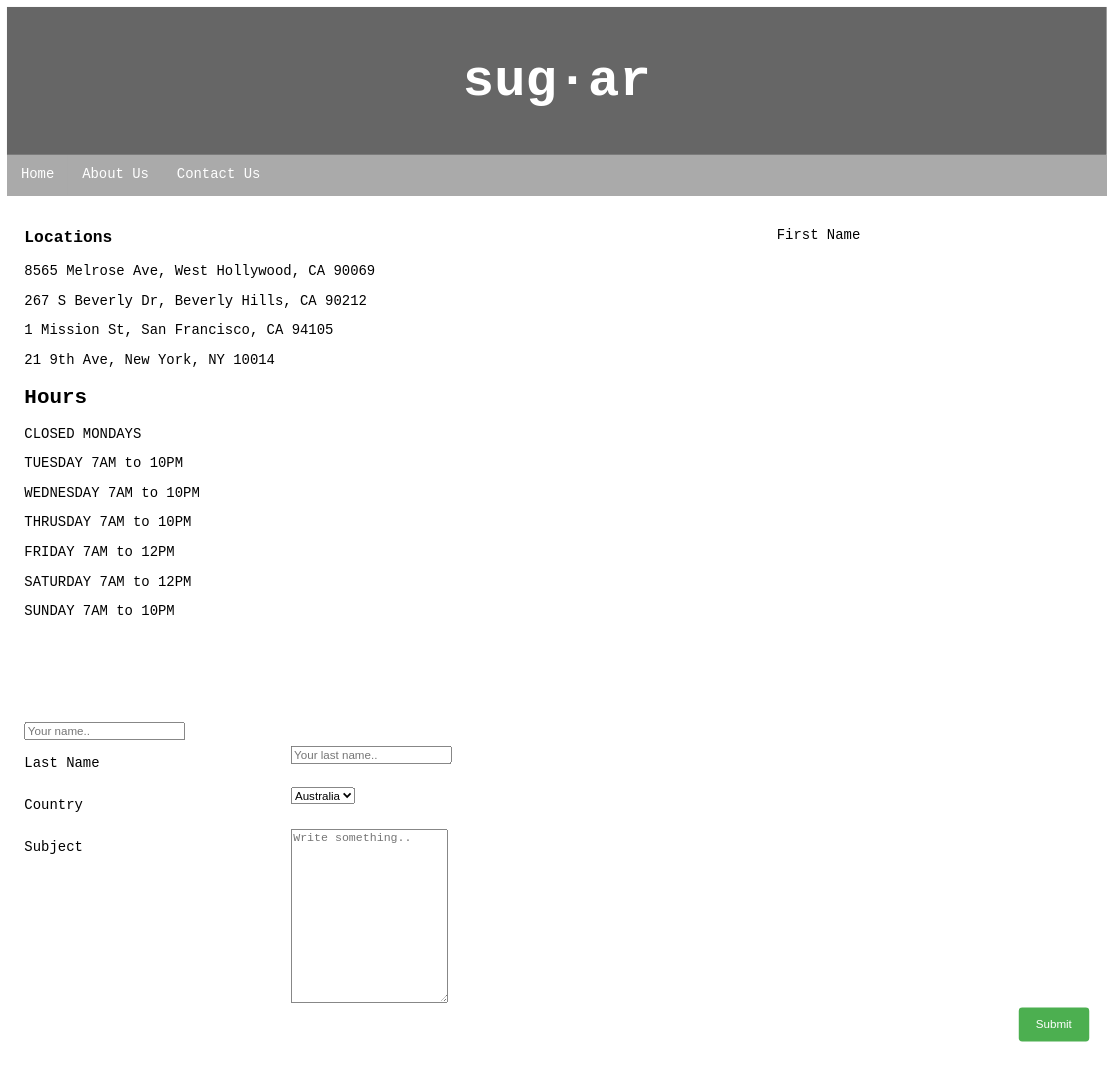
Repository: lavaghimire/lavaghimire.github.io
Page: WEBSITE/contact.html
The author's editor kept a record of every edit. The page is drawn from the files as they stood at one moment, then again after the next edit.
The browser window is 1280 px wide. The pictures show the whole page, at 87% of full size.

Above is the page before.

After the next edit:
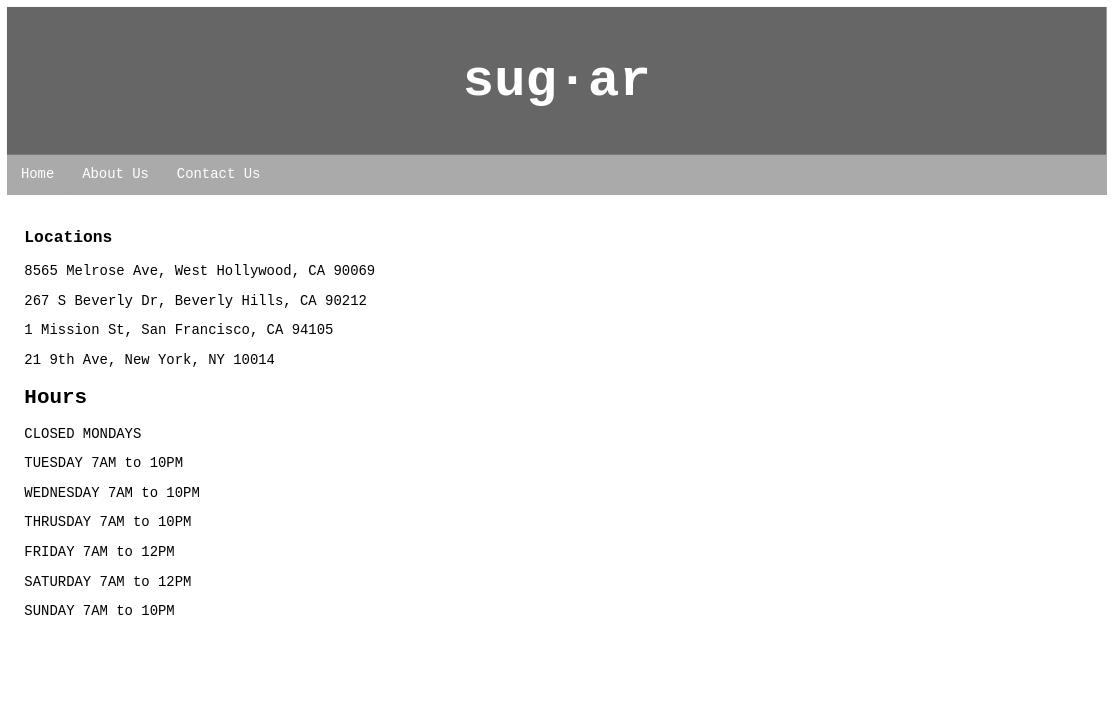
The edit:
--- a/WEBSITE/contact.html
+++ b/WEBSITE/contact.html
@@ -176,49 +176,6 @@
 
   </article>
 
-  <div class="container">
-  <form action="/action_page.php">
-  <div class="row">
-    <div class="col-25">
-      <label for="fname">First Name</label>
-    </div>
-    <div class="col-75">
-      <input type="text" id="fname" name="firstname" placeholder="Your name..">
-    </div>
-  </div>
-  <div class="row">
-    <div class="col-25">
-      <label for="lname">Last Name</label>
-    </div>
-    <div class="col-75">
-      <input type="text" id="lname" name="lastname" placeholder="Your last name..">
-    </div>
-  </div>
-  <div class="row">
-    <div class="col-25">
-      <label for="country">Country</label>
-    </div>
-    <div class="col-75">
-      <select id="country" name="country">
-        <option value="australia">Australia</option>
-        <option value="canada">Canada</option>
-        <option value="usa">USA</option>
-      </select>
-    </div>
-  </div>
-  <div class="row">
-    <div class="col-25">
-      <label for="subject">Subject</label>
-    </div>
-    <div class="col-75">
-      <textarea id="subject" name="subject" placeholder="Write something.." style="height:200px"></textarea>
-    </div>
-  </div>
-  <div class="row">
-    <input type="submit" value="Submit">
-  </div>
-  </form>
-</div>
 
 
 
